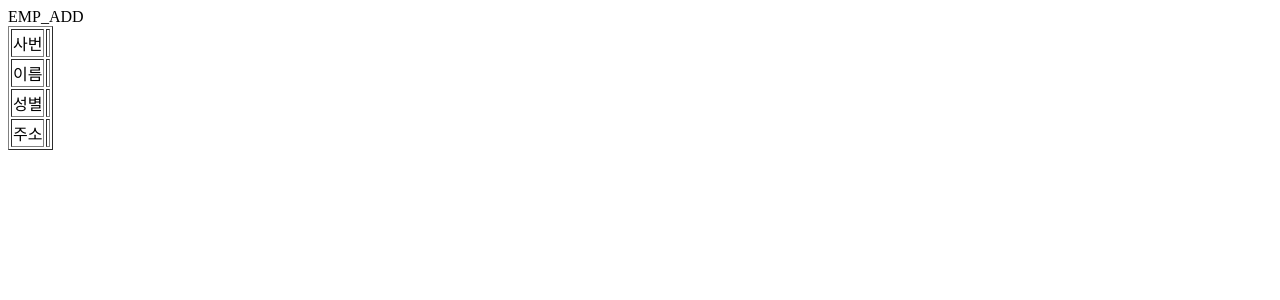
Repository: YOUNARAE/Python
Page: HELLO_PYTHON/day10/templates/emp_add.html
The author's editor kept a copy of each file at every save. The page is drawn from the files as they stood at one save, then again after the next save.
The browser window is 1280 px wide. The pictures show the whole page.

Above is the page before, as saved 2022-12-07 02:11:48.

### HELLO_PYTHON/day10/templates/emp_add.html
<!DOCTYPE html>
<html>
<head>
<meta charset="UTF-8">
<title>EMP ADD</title>
</head>
<body>
EMP_ADD
	<form>
		<table border="1">
			<tr>
				<td>사번</td>
				<td></td>
			</tr>
			<tr>
				<td>이름</td>
				<td></td>
			</tr>
			<tr>
				<td>성별</td>
				<td></td>
			</tr>
			<tr>
				<td>주소</td>
				<td></td>
			</tr>
		</table>
	</form>
</body>
</html>

After the next save:
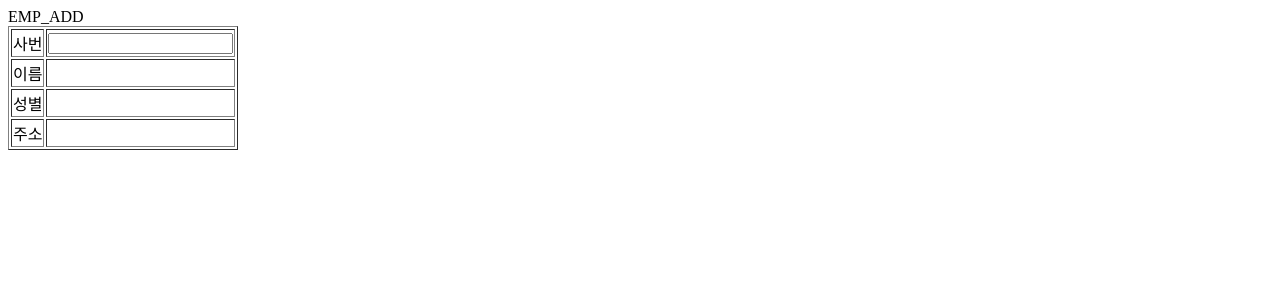
Saved 19 s later.
--- a/HELLO_PYTHON/day10/templates/emp_add.html
+++ b/HELLO_PYTHON/day10/templates/emp_add.html
@@ -10,7 +10,7 @@ EMP_ADD
 		<table border="1">
 			<tr>
 				<td>사번</td>
-				<td></td>
+				<td><input type="text" name="" value=""></td>
 			</tr>
 			<tr>
 				<td>이름</td>
